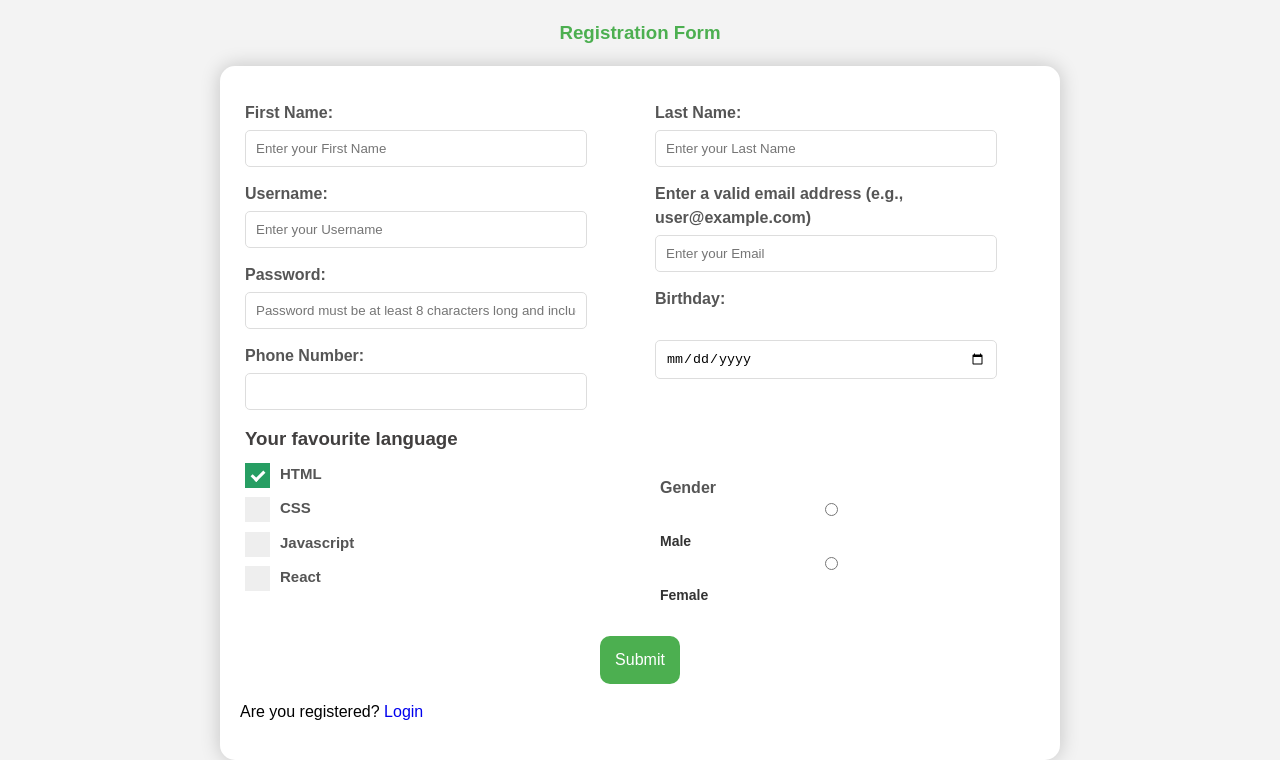
Repository: alizey12/Regestratin-Form-js
Page: regester.html
An editor plug-in stored every save of this project. The page is shown before and after the next save, followed by the edit.
The browser window is 1280 px wide. The pictures show the whole page.

Above is the page before, as saved 2024-11-29 19:11:20.

After the next save:
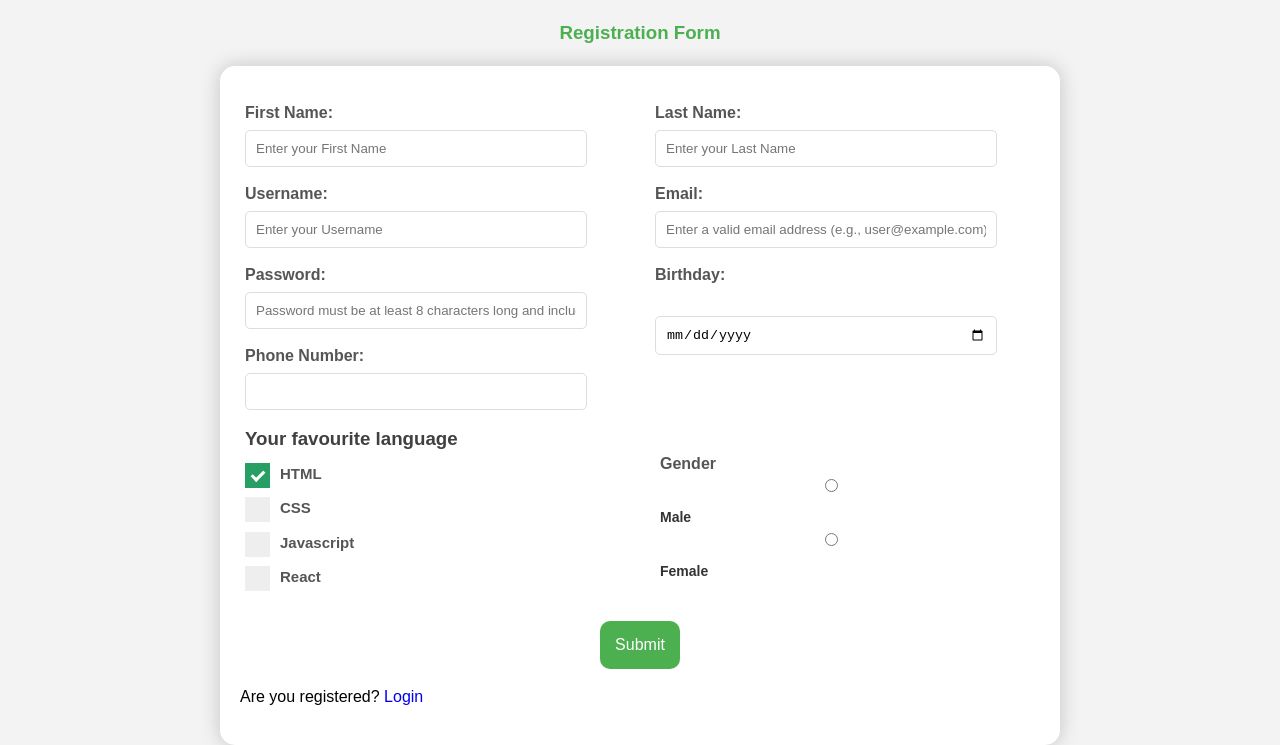
Saved 30 s later.
--- a/regester.html
+++ b/regester.html
@@ -54,9 +54,13 @@
                     <label for="second">Last Name:</label>
                     <input type="text" id="second" name="second" placeholder="Enter your Last Name" required>
 
-                    <label for="email">Enter a valid email address (e.g., user@example.com)</label>
-                    <input type="email" id="email" name="email" placeholder="Enter your Email"  pattern="^[a-zA-Z0-9._%+-]+@[a-zA-Z0-9.-]+\.[a-zA-Z]{2,}$"
-                   required>
+                    <label for="first">
+                        Email:
+                    </label>
+                    <input type="email" id="first" name="email"  pattern="^[a-zA-Z0-9._%+-]+@[a-zA-Z0-9.-]+\.[a-zA-Z]{2,}$"
+
+                        placeholder="Enter a valid email address (e.g., user@example.com)" required>
+
 
                     <label for="birthday">Birthday:</label>
                     <br>
